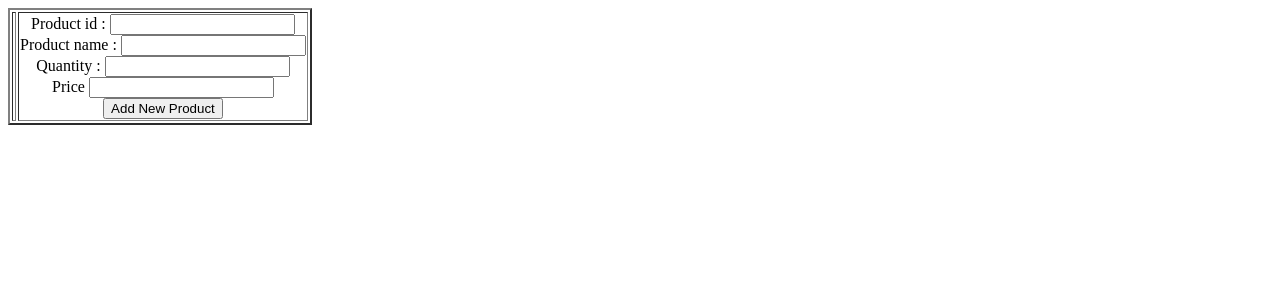
Repository: ravikumar0303/Advance-Java
Page: http://localhost/JSP_Product/addproduct.jsp
The author's editor kept a copy of each file at every save. The page is drawn from the files as they stood at one save, then again after the next save.
The browser window is 1280 px wide. The pictures show the whole page.
The page is served by Tomcat 9.

Above is the page before, as saved 2023-06-27 07:20:05.

After the next save:
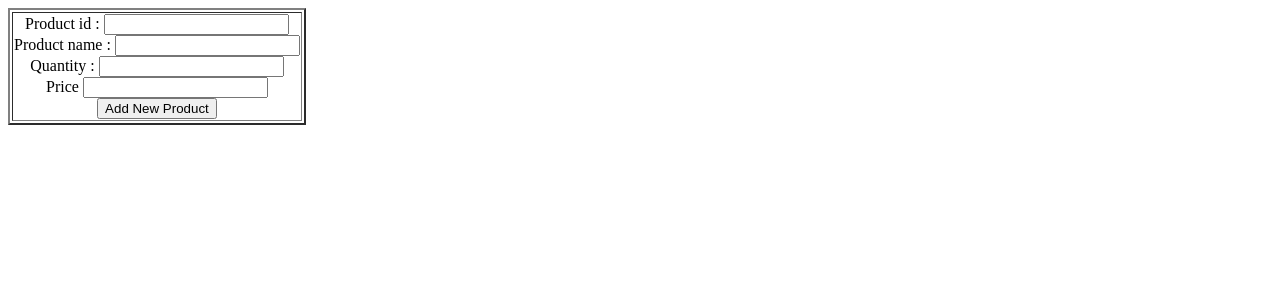
Saved 18 s later.
--- a/JSP_Product/src/main/webapp/addproduct.jsp
+++ b/JSP_Product/src/main/webapp/addproduct.jsp
@@ -9,7 +9,7 @@
 
 <body align="center">
 <table border="2">
-<th><td>
+<td>
 	<form action="addproduct" method="post">
 	Product id : <input type="text" name="pid" id="pid" ><br>
 	Product name : <input type="text" name="pname" id="pname" ><br>
@@ -20,5 +20,5 @@
 	</form>
 	</table>
 </body>
-</td></th>
+</td>
 </html>
